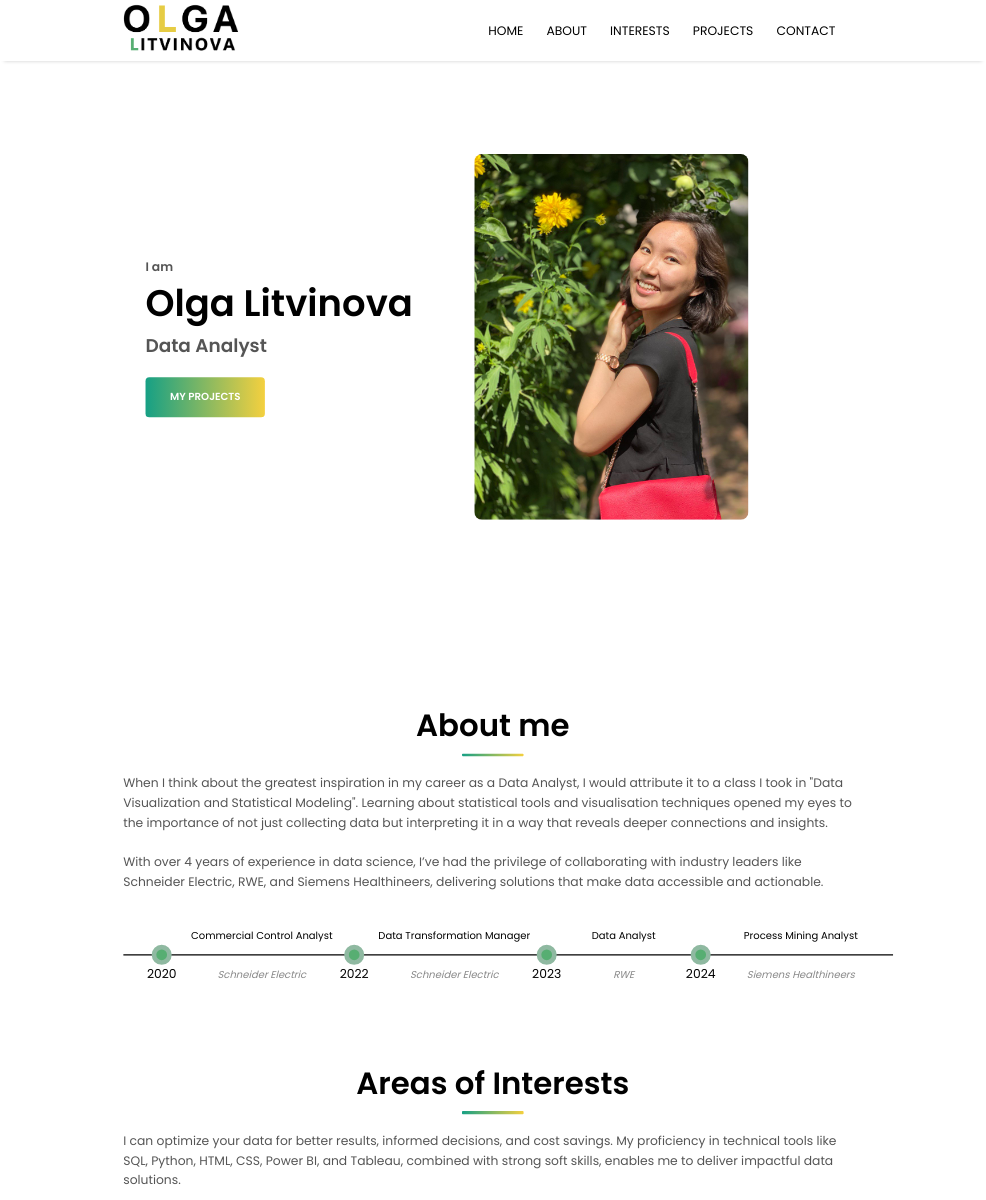
Repository: OlgaKuzminichna/CV
Page: index.html
An editor plug-in stored every save of this project. The page is shown before and after the next save, followed by the edit.
The browser window is 1280 px wide. The pictures show the part of the page from y = 0 to 1558 px (the page is 4099 px tall before and 4124 px after), at 77% of full size.
A picture or video elsewhere on the page could not be fetched, so the positions and the page height are approximate.

Above is the page before, as saved 2024-11-24 22:13:01.

After the next save:
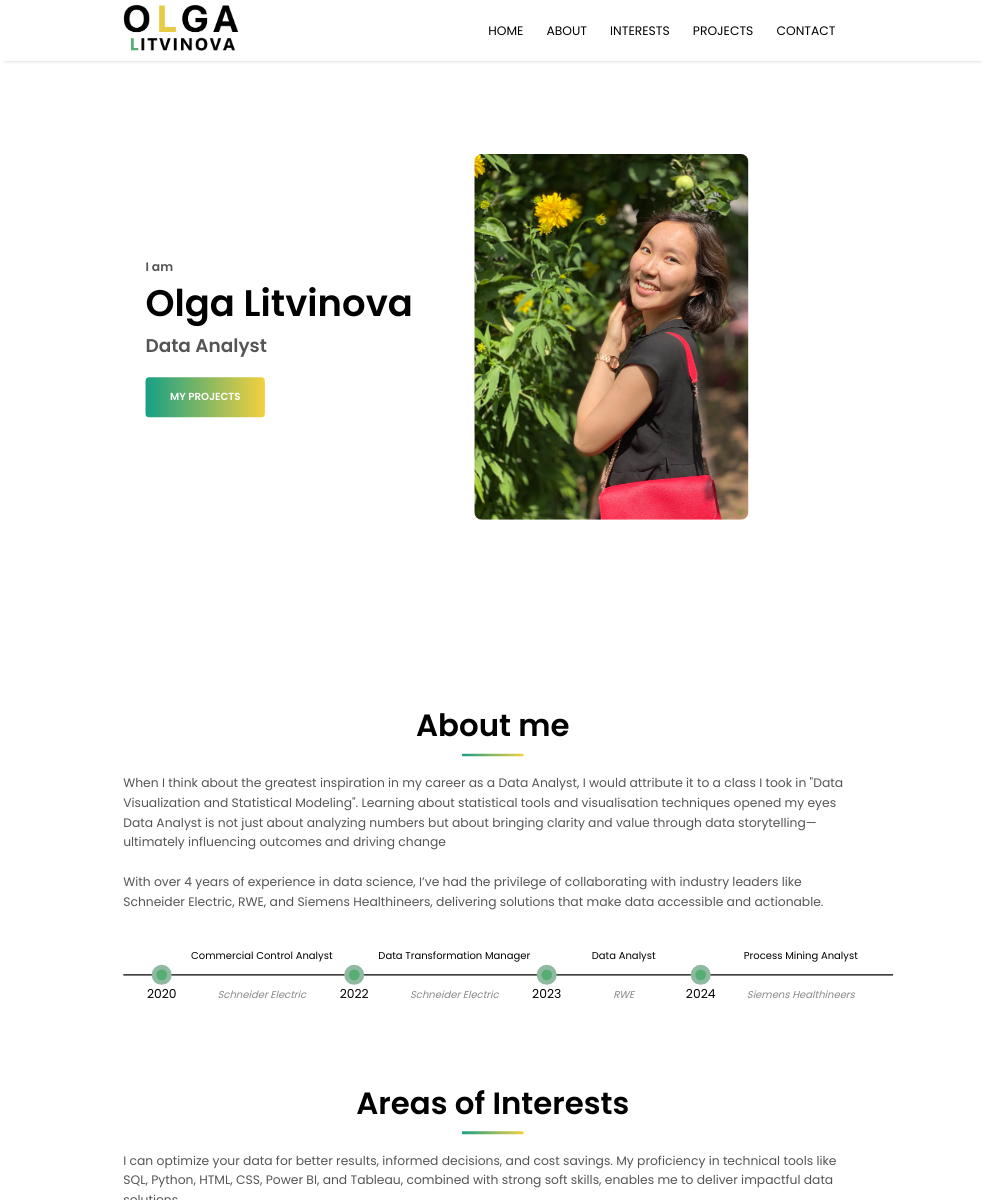
Saved 45 s later.
--- a/index.html
+++ b/index.html
@@ -70,7 +70,7 @@
             <div class="description-container">
                 <p>
                     When I think about the greatest inspiration in my career as a Data Analyst, I would attribute it to a class I took in "Data Visualization and Statistical Modeling".
-                    Learning about statistical tools and visualisation techniques opened my eyes to the importance of not just collecting data but interpreting it in a way that reveals deeper connections and insights.
+                    Learning about statistical tools and visualisation techniques opened my eyes Data Analyst is not just about analyzing numbers but about bringing clarity and value through data storytelling—ultimately influencing outcomes and driving change
                 </p>
                 <p>
                     <br>
